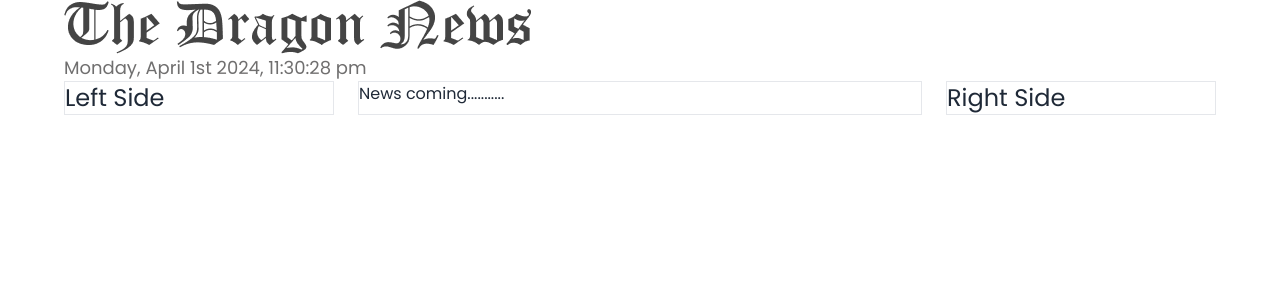
Repository: ShouravAhammed/react-dragon-news-auth
Page: /
The author's editor kept a copy of each file at every save. The page is drawn from the files as they stood at one save, then again after the next save.
The browser window is 1280 px wide. The pictures show the whole page.
The project was rebuilt for these pictures with package versions that can differ from the ones it lists, and the page was loaded fresh each time. Also part of the build but not shown: vite.config.js, src/pages/About/About.jsx, src/pages/Career/Career.jsx.

Above is the page before, as saved 2024-04-13 02:00:24.

After the next save:
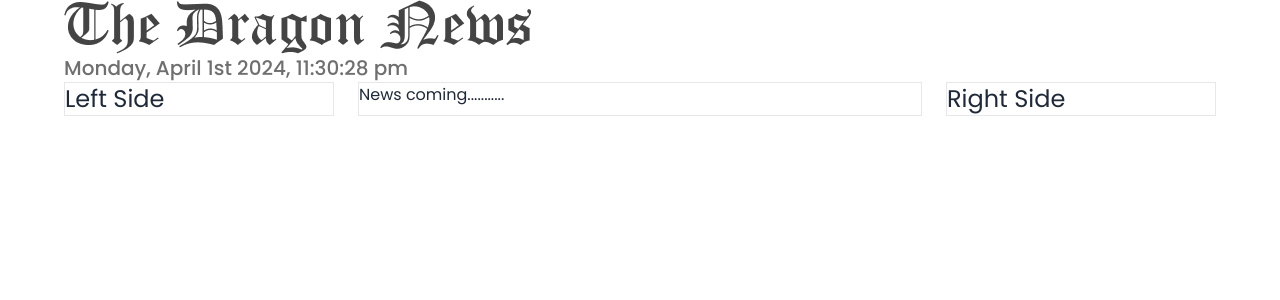
Saved 73 s later.
--- a/src/pages/Shared/Header/Header.jsx
+++ b/src/pages/Shared/Header/Header.jsx
@@ -5,7 +5,8 @@ const Header = () => {
     return (
         <div>
             <img src={logo} alt="" />
-            <p className='text-[18px] text-[#706F6F]'>{moment().format("dddd, MMMM Do YYYY, h:mm:ss a")}</p>
+            <p className='text-xl text-[#706F6F] font-medium'>{moment().format("dddd, MMMM Do YYYY, h:mm:ss a")}</p>
+
         </div>
     );
 };
